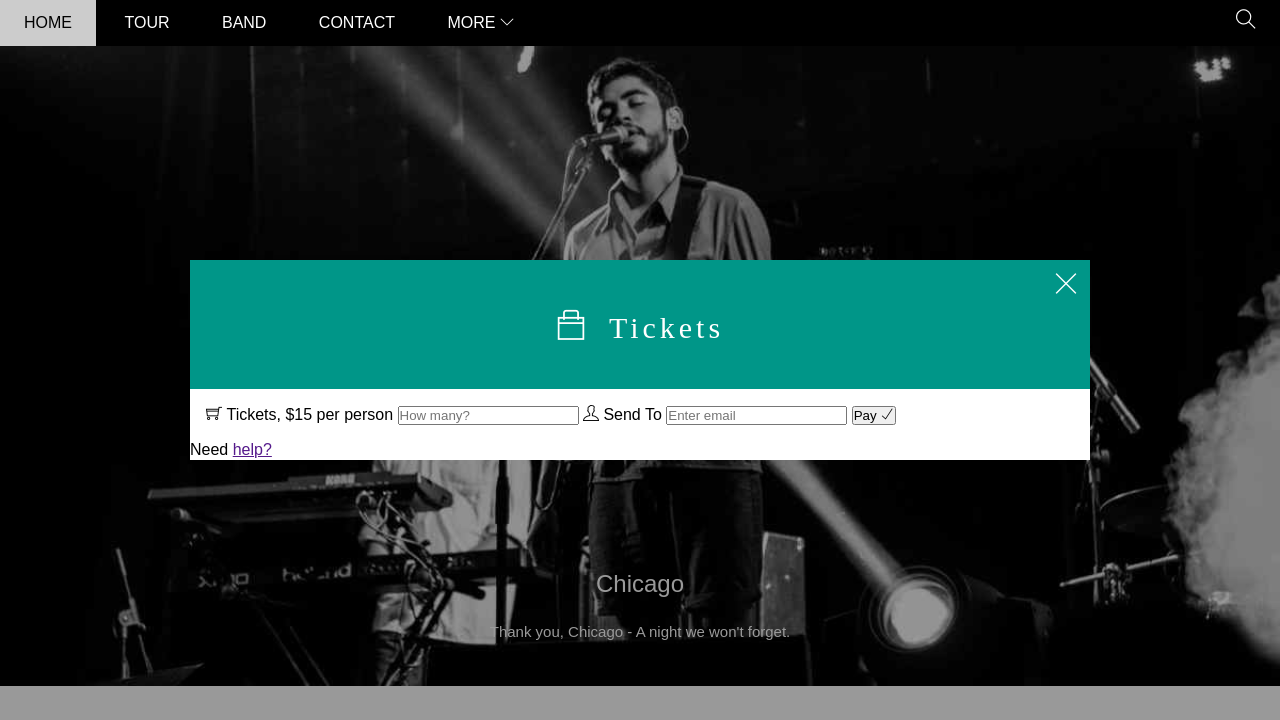
Repository: ducvui2003/LTCB
Page: index.html
These files come from the project's save history. The page is drawn as it stood at one moment and after the next save; the edit follows.
The browser window is 1280 px wide. The pictures show the window.
A layer covers the whole window, so only the first screen is drawn.

Above is the page before, as saved 2022-01-10 12:06:21.

After the next save:
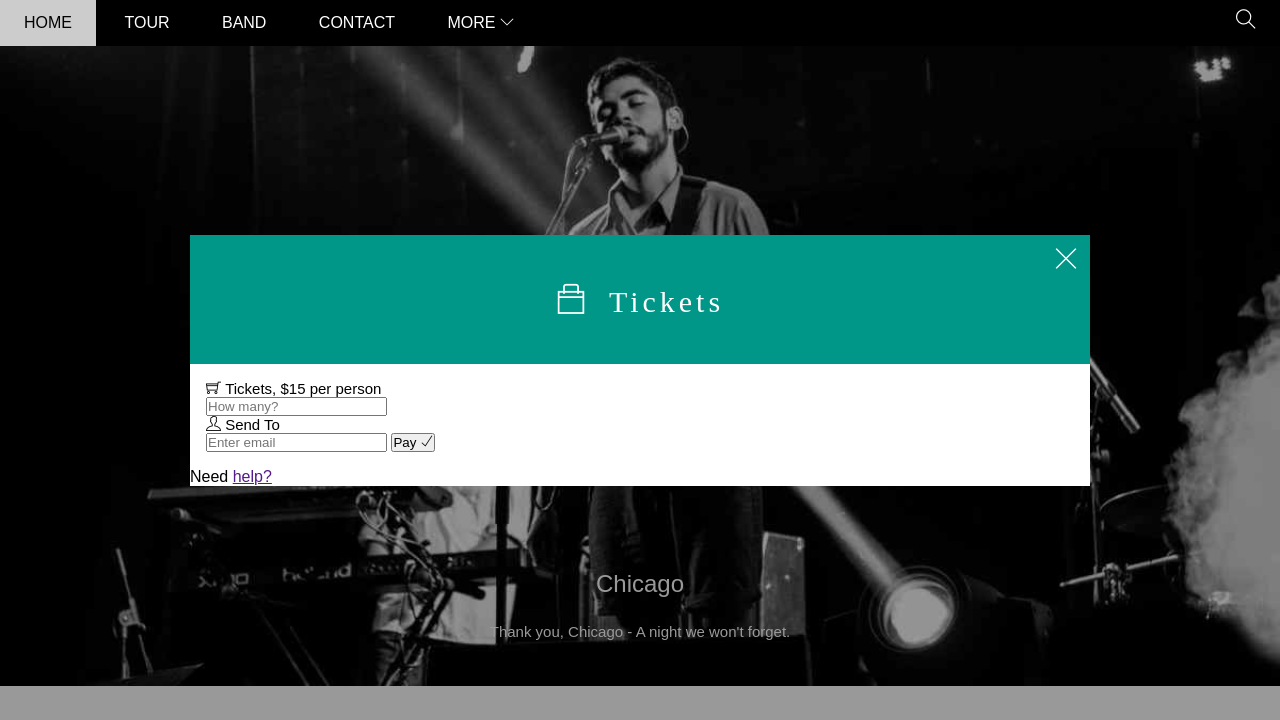
Saved 2 min 3 s later.
--- a/assest/Css/styles.css
+++ b/assest/Css/styles.css
@@ -373,3 +373,8 @@
 .modal-body {
     padding: 16px;
 }
+
+.modal-label {
+    display: block;
+    font-size: 15px;
+}
